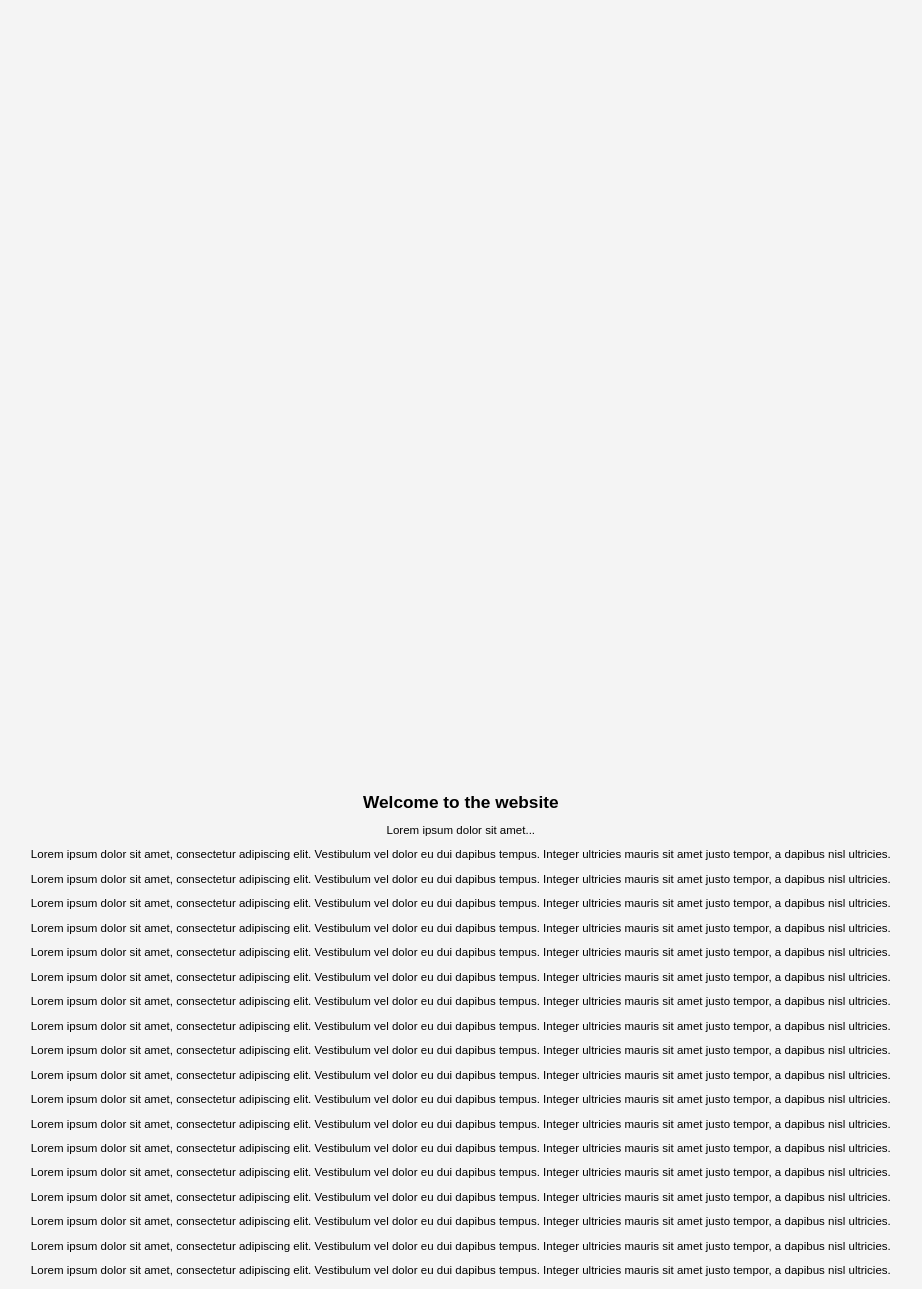
Repository: JoyMoGas/HelujaArc
Page: http://localhost/
These files come from the project's save history. The page is drawn as it stood at one moment and after the next save; the edit follows.
The browser window is 1280 px wide. The pictures show the part of the page from y = 500 to 2290 px (the page is 2290 px tall before and 1170 px after), at 72% of full size.
Backgrounds fixed to the window are drawn as part of the page. The page is served by the project's application, run on Flask 3 (run.py).

Above is the page before, as saved 2024-08-11 18:05:40.

After the next save:
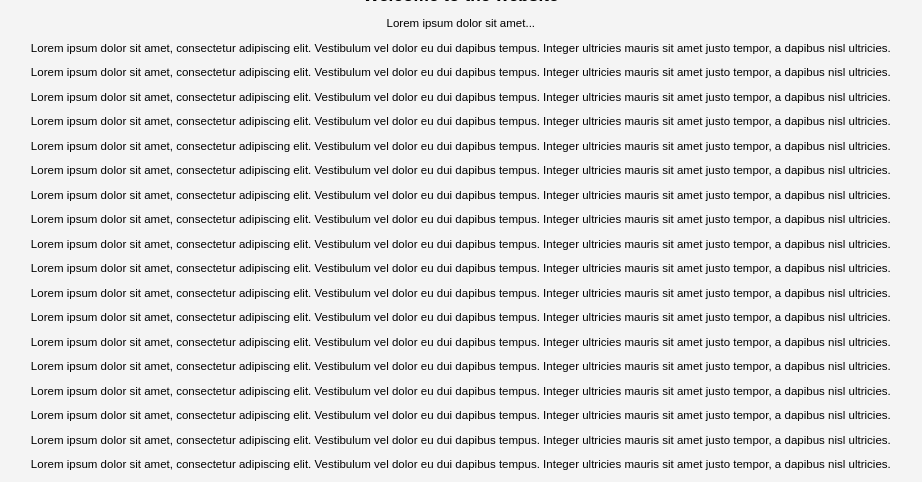
Saved 6 s later.
--- a/static/style.css
+++ b/static/style.css
@@ -72,7 +72,7 @@
     text-align: center;
     width: 100%;
     max-width: 1200px;
-    padding-top: 100em;
+    padding-top: 30em;
     box-sizing: border-box;
 }
 
